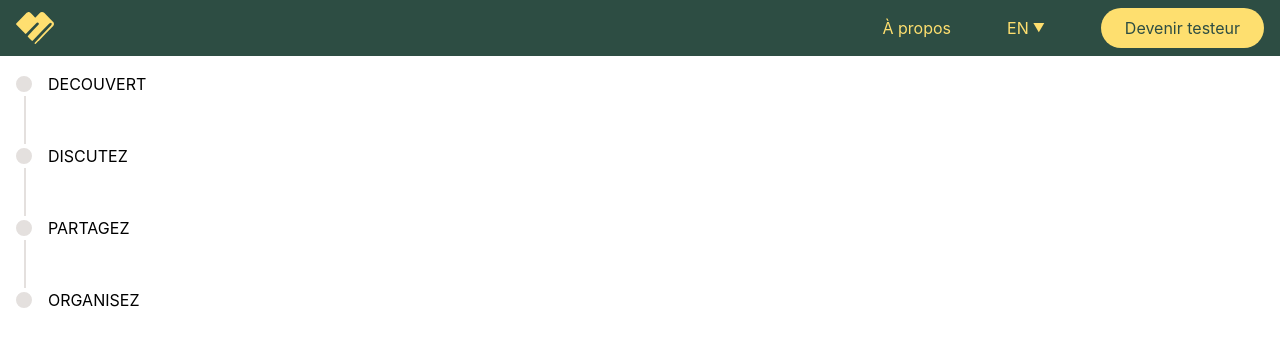
Repository: enas-elm/bookish-landing
Page: /
An editor plug-in stored every save of this project. The page is shown before and after a run of saves, followed by the edit.
The browser window is 1280 px wide. The pictures show the whole page.
The project was rebuilt for these pictures with package versions that can differ from the ones it lists, and the page was loaded fresh each time.

Above is the page before, as saved 2024-09-11 16:23:08.

After the next 2 saves:
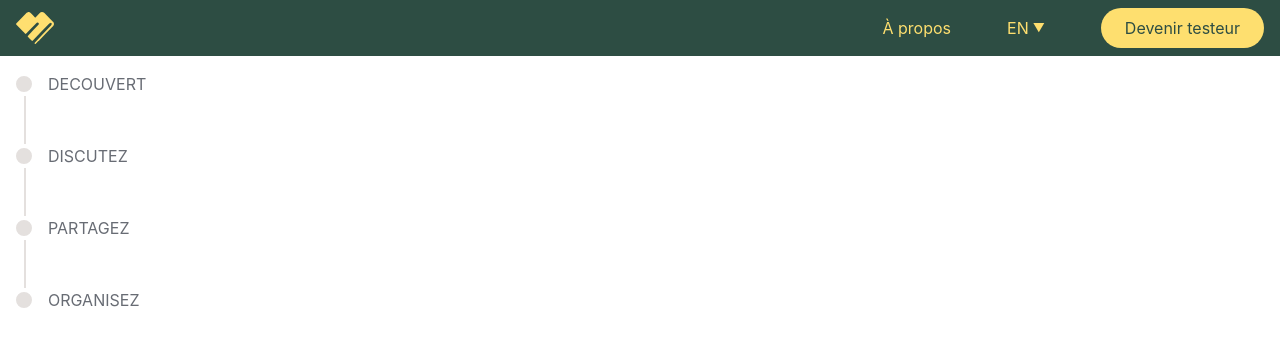
The 2 saves are shown as one change because they came seconds apart.
The last was saved 19 s later.
--- a/src/components/TimeLine.js
+++ b/src/components/TimeLine.js
@@ -34,7 +34,7 @@ function TimelineMenu() {
               className={`transition-transform duration-300 text-3xl ${
                 selectedItem === item.id
                   ? "text-8xl font-bold "
-                  : "text-base text-gray-500"
+                  : "text-base text-noirClair"
               }`}
             >
               {item.label}
